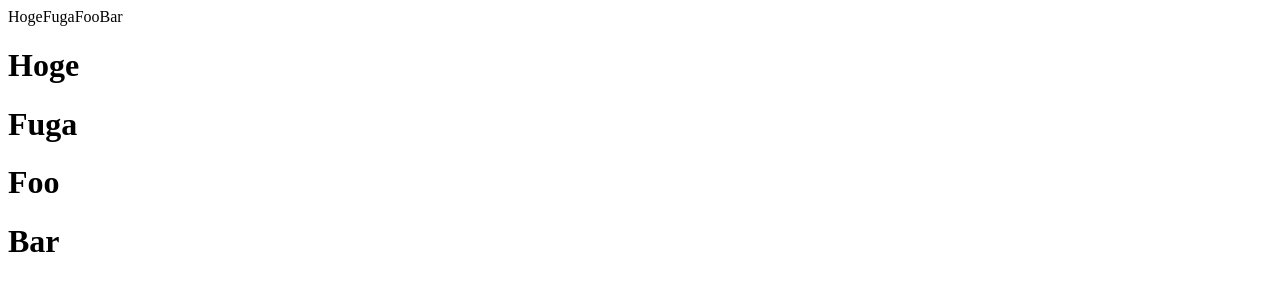
Repository: HosokiTakashi/samurai_HTML-CSS
Page: hoge.html
The author's editor kept a record of every edit. The page is drawn from the files as they stood at one moment, then again after the next edit.
The browser window is 1280 px wide. The pictures show the whole page.

Above is the page before.

After the next edit:
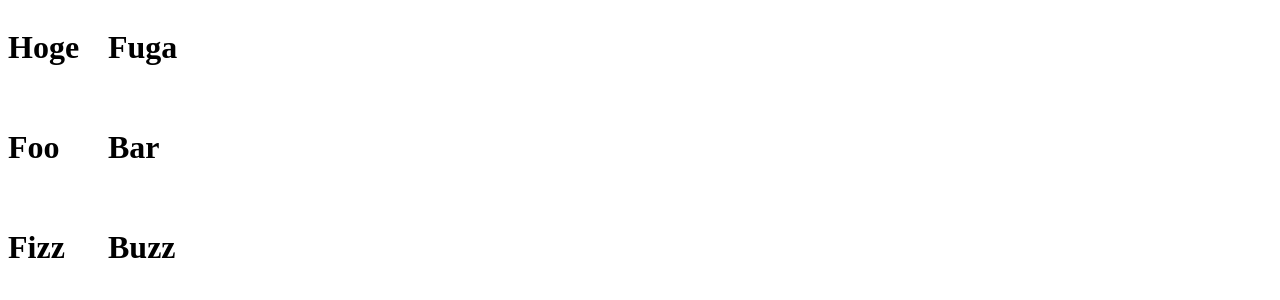
The edit:
--- a/hoge.html
+++ b/hoge.html
@@ -1,29 +1,21 @@
 <html lang="ja">
     <head>
         <style>
-            #sort {
-                display: flex;
+            #grid {
+                display: grid;
+                grid-template-columns: 100px 100px;
+                grid-template-rows: 100px 100px 100px;
             }
         </style>
     </head>
     <body>
-        <div id="sort">
-            <div>
-                Hoge
-            </div>
-            <div>
-                Fuga
-            </div>
-            <div>
-                Foo
-            </div>
-            <div>
-                Bar
-            </div>
+        <div id="grid">
+            <h1>Hoge</h1>
+            <h1>Fuga</h1>
+            <h1>Foo</h1>
+            <h1>Bar</h1>
+            <h1>Fizz</h1>
+            <h1>Buzz</h1>
         </div>
-        <h1>Hoge</h1>
-        <h1>Fuga</h1>
-        <h1>Foo</h1>
-        <h1>Bar</h1>
     </body>
 </html>
